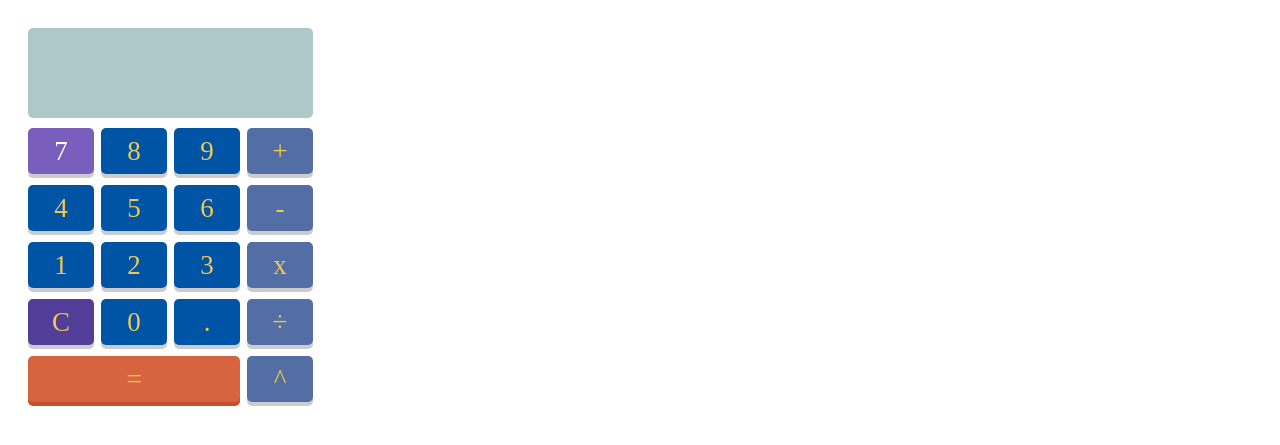
Repository: arjay07/AlineNotebook
Page: app/views/calculator.html
The author's editor kept a record of every edit. The page is drawn from the files as they stood at one moment, then again after the next edit.
The browser window is 1280 px wide. The pictures show the whole page.
The pointer rests on the first visible `.keys span`.

Above is the page before.

After the next edit:
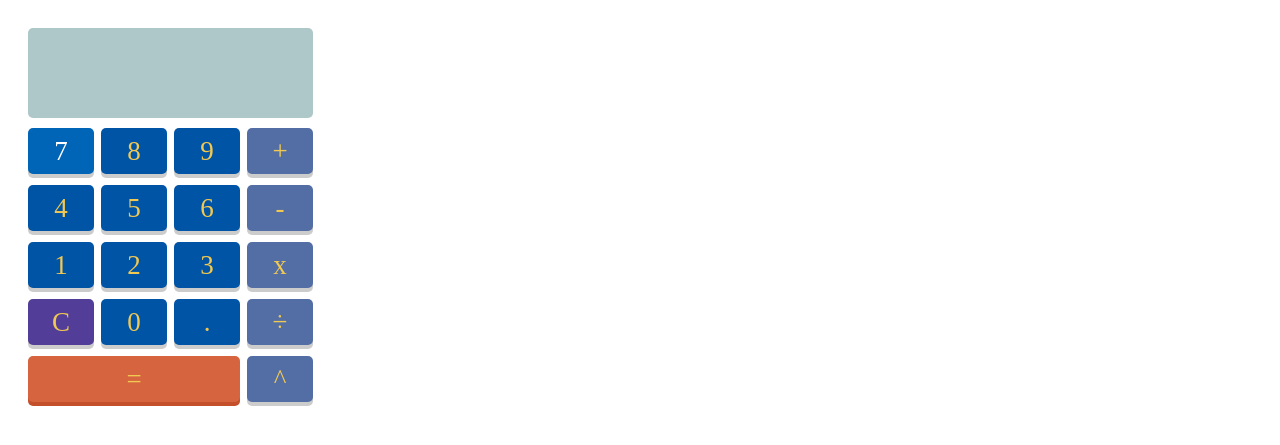
The edit:
--- a/app/views/calculator.html
+++ b/app/views/calculator.html
@@ -87,7 +87,7 @@
 
 /* hover effects */
 .keys span:hover {
-	background: #795ebd;
+	background: #0065B7;
 	color: white;
 }
 
